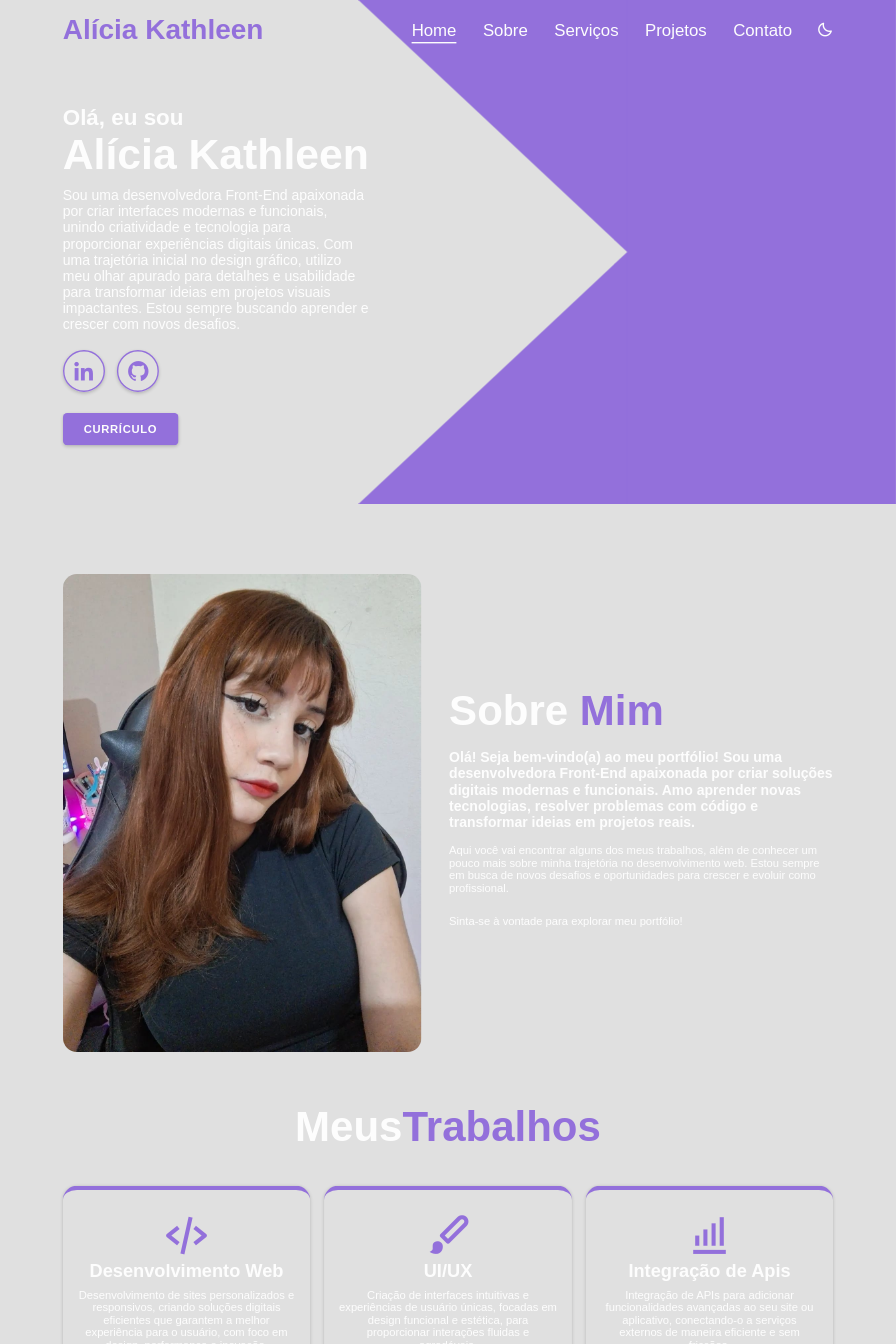
Repository: AliciaKathleen/portfolio-2025
Page: index.html
An editor plug-in stored every save of this project. The page is shown before and after the next save, followed by the edit.
The browser window is 1280 px wide. The pictures show the part of the page from y = 0 to 1920 px (the page is 3946 px tall), at 70% of full size.

Above is the page before, as saved 2025-01-27 16:46:37.
Console error: TypeError: Cannot read properties of null (reading 'classList')

After the next save:
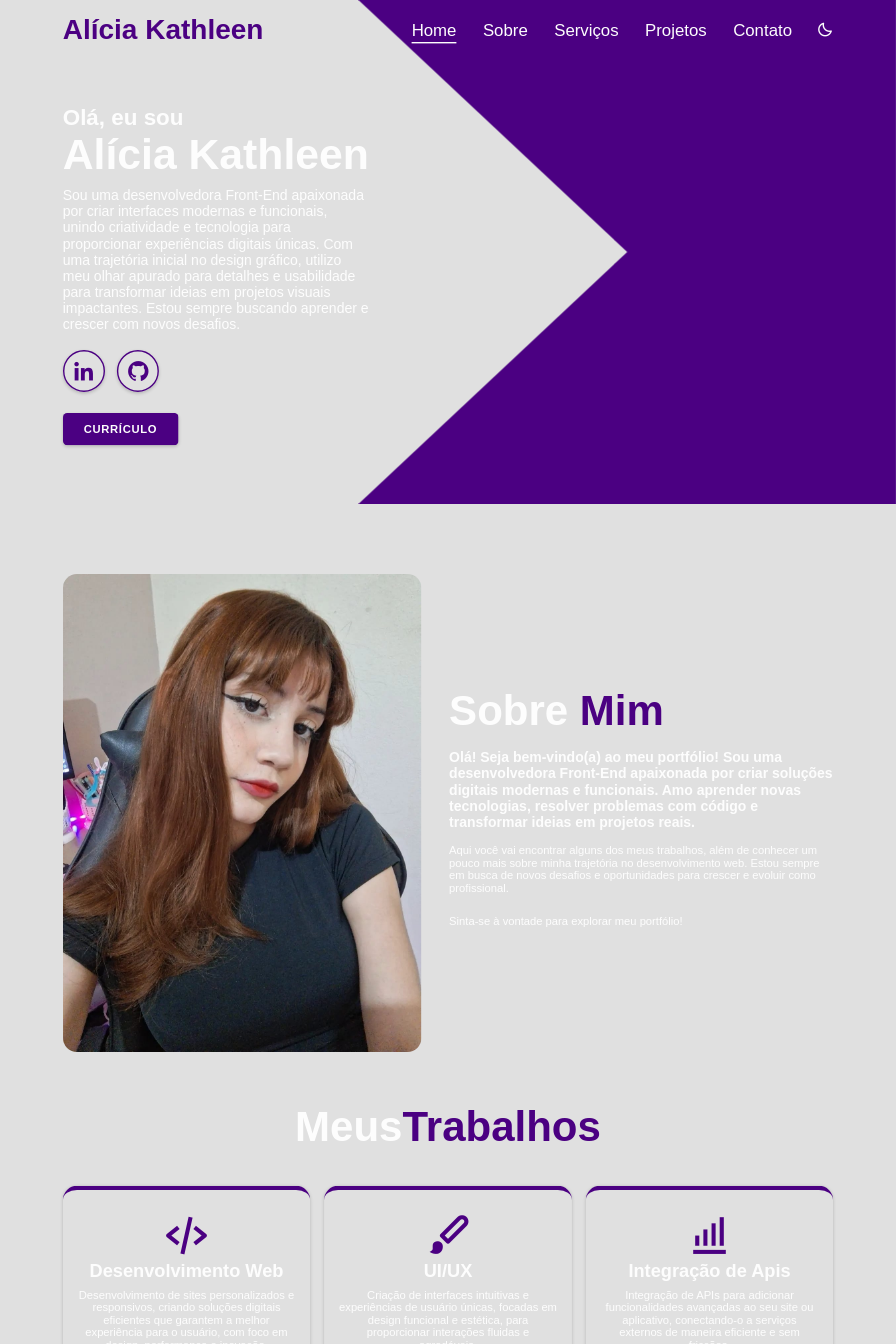
Saved 12 s later.
--- a/style.css
+++ b/style.css
@@ -12,7 +12,7 @@
 :root {
     --bg-color: #E0E0E0;
     --text-color: #fdfdfd;
-    --main-color: #9370DB;
+    --main-color: #4B0082;
     --white-color: #fdfdfd;
     --shadow-color: rgba(0, 0, 0, .2);
 }
